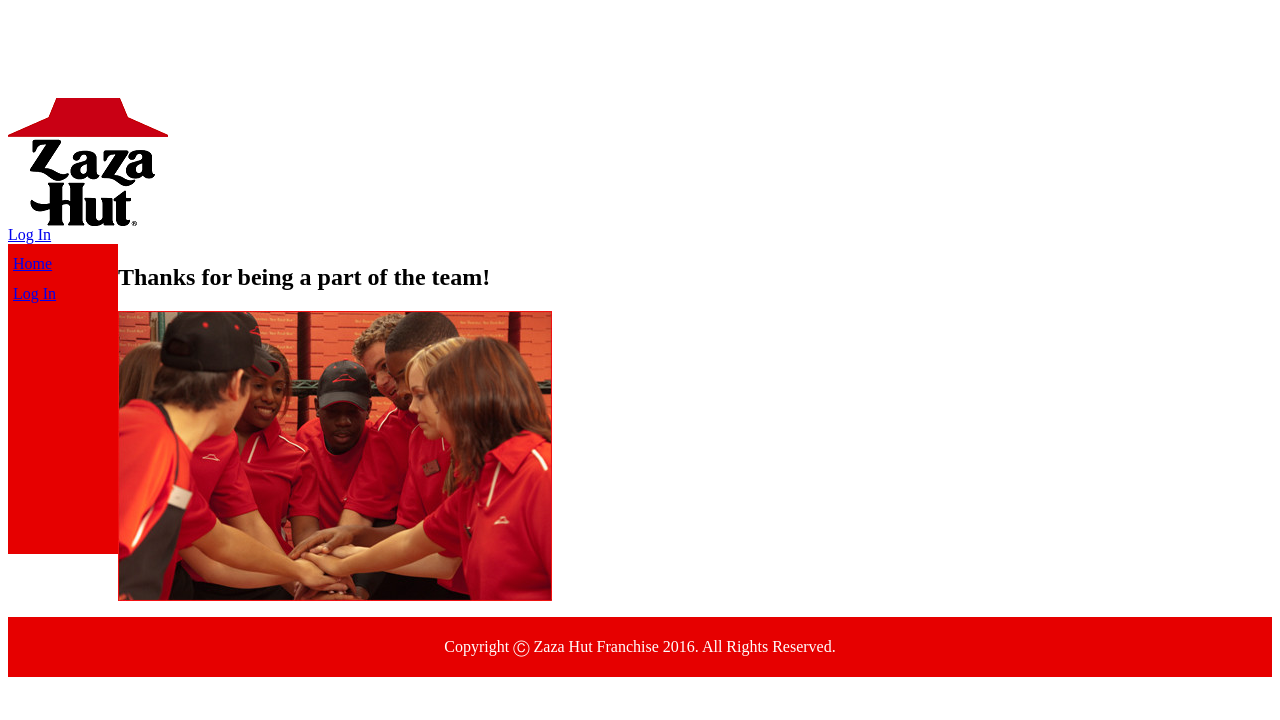
Repository: chelsea-g/PHP-MySQL
Page: http://localhost/demo/project04/scripts/index.php
The author's editor kept a record of every edit. The page is drawn from the files as they stood at one moment, then again after the next edit.
The browser window is 1280 px wide. The pictures show the whole page.
The page is run by PHP 8.4 with error messages shown; the project is at /var/www/html/.

Above is the page before.

### demo/project04/scripts/index.php
<?php
require_once('startsession.php');
$page_title = 'Home';
require_once('header.php');
require_once('appvars.php');
require_once('../classes/Database.php');

?>
<h2>Thanks for being a part of the team!</h2>
<p id="hut"><img src="../images/pizzahutemployees.jpg" /></p>

<?php

require_once('footer.php');

?>

### demo/project04/scripts/startsession.php
<?php

    //Start the session
    session_start();

    //If the session vars aren't yet set, try to set them with a cookie
    if (!isset($_SESSION['user_id'])) {

        if (isset($_COOKIE['user_id']) && isset($_COOKIE['username'])) {

            $_SESSION['user_id'] = $_COOKIE['user_id'];
            $_SESSION['username'] = $_COOKIE['username'];

        }

    }

?>

### demo/project04/scripts/header.php
<!DOCTYPE html PUBLIC "-//W3C//DTD XHTML 1.0 Transitional//EN"
"http://www.w3.org/TR/xhtml1/DTD/xhtml1-transitional.dtd">
<html xmlns="http://www.w3.org/1999/xhtml" xml:lang="en" lang="en">
    <head>

        <meta http-equiv="Content-Type" content="text/html; charset=utf-8" />

        <title>ZazaHut Employee Access - <?= $page_title ?></title>

        <link rel="stylesheet" type="text/css" href="../style.css" />


    </head>

        <div id="header">
        <h1>ZaZaHut Employee Access</h1>
        </div>

        <div class="banner">

            <div class="image">
                <a href="index.php"><img src="../images/logo.png" class="logo"/></a>
            </div>
            <div class="user">

                <?php require_once('userinfo.php'); ?>

            </div>

        </div>


            <div id="nav">

                <?php require_once('menu.php'); ?>

            </div>

            <div class="content">

### demo/project04/scripts/userinfo.php
<?php
    require_once('startsession.php');
    require_once('../classes/Login.php');

    //if user not logged in: show login link
    if (!Login::isLoggedIn()) {

        echo '<a href="login.php" class="info">Log In</a><br />';


    //if user is logged in: show Hello, Full Name, log out link
    } else if (Login::isLoggedIn()) {

        echo '<h3 class="info">Hello, ' . $_SESSION['first_name'] . ' ' . $_SESSION['last_name'] . '!</h3><br />';
        echo '<a href="logout.php" class="info">Log Out</a><br />';

    }


?>

### demo/project04/classes/Login.php
<?php

    require_once('startsession.php');
    require_once('Database.php');

    class Login {


        public static function logInNow($username, $password) {

             //User lookup query
            $query = "SELECT id, username, first_name, last_name, is_admin FROM employee WHERE username = '$username'"
                    . "AND password = SHA('$password')";

            //Run query
            $results = Database::runQuery($query);

            //Make sure query returns 1 record (the user's account)
            if (mysqli_num_rows($results) == 1) {

                //Set the current users vars
                $row = mysqli_fetch_array($results);

                $_SESSION['user_id'] = $row['id'];
                $_SESSION['username'] = $row['username'];
                $_SESSION['first_name'] = $row['first_name'];
                $_SESSION['last_name'] = $row['last_name'];
                $_SESSION['is_admin'] = $row['is_admin'];


                //Cookie expires after 30 days (automatically logging them out)
                setcookie('user_id', $row['user_id'], time + (60 * 60 * 24 * 30));
                setcookie('username', $row['username'], time + (60 * 60 * 24 * 30));

            }

            if(self::isLoggedIn()) {

                //Redirect user after login
                include('redirect.php');

            } else {

                echo '<p class="error">Unable to log in.</p>';

            }
        }

        public static function logOutNow() {

            //If the user is logged in, delete the session vars to log them out
            if (isset($_SESSION['user_id'])) {

                //Delete the session vars by clearing the 4_SESSION array
                $_SESSION = array();

                //Delete session cookie by setting its expiration to an hour prior (3600 seconds)
                if (isset($_COOKIE[session_name()])) {

                    setcookie(session_name(), '', time() - 3600);

                }

                //Destroy the session
                session_destroy();

            }

            //Delete the user ID and username cookies by setting their expirations to an hour prior (3600 seconds)
            setcookie('user_id', '', time() - 3600);
            setcookie('username', '', time() - 3600);

            if (self::isLoggedIn() == false) {

                //Redirect to the homepage
                include 'redirect.php';

            } else {

                echo '<p class="error">Error logging out.</p>';

            }


        }

        public static function isLoggedIn() {

            //A user is logged in
            if (isset($_SESSION['user_id']) && isset($_SESSION['username'])) {

                return true;

            //There is no user logged in at this moment
            } else {

                return false;

            }
        }

    }

?>

### demo/project04/classes/Database.php
<?php

    class Database {

        const HOST = 'localhost';
        const USER = 'root';
        const PASSWORD = '';
        const DB = 'zazahut';

        static private $dbc;


        //run a query and return it's results
        public static function runQuery($query) {

            //connect to the zazahut database
            self::connect();

            //run the given query
            $results = mysqli_query(self::$dbc, $query)
                    or die('<p class="error">Error running query: ' . $query . '</p>');

            //disconnect from the db
            self::disconnect();

            //return its result set
            return $results;

        }

        private static function connect() {

            //connect to the zazahut database
            self::$dbc = mysqli_connect(self::HOST, self::USER, self::PASSWORD, self::DB)
                or die('<p class="error">Error connecting to the database.</p>');

        }

        private static function disconnect() {

            //disconnect from the db
            mysqli_close(self::$dbc);

        }

        //sanitize form inputs
        public static function sanitizeInput($input) {

            self::connect();

            $clean_input = mysqli_real_escape_string(self::$dbc, trim($input));

            self::disconnect();

            return $clean_input;

        }

    }

?>

### demo/project04/scripts/menu.php
<?php
    require_once('startsession.php');
    require_once('../classes/Login.php');

    ?><a href="index.php">Home</a><br /><?php

    //if user is not logged in output links: home, login
    if (!Login::isLoggedIn()) {

        ?>
        <a href="login.php">Log In</a><br />
        <?php

    } else if (Login::isLoggedIn()) {

        //if user is logged in: output additional links: schedule, profile, logout
        ?>
        <a href="viewschedule.php">Schedule</a><br />
        <a href="viewprofile.php">Profile</a><br />
        <?php

        if ($_SESSION['is_admin'] == 1) {

            //if user is admin output additional links: upload schedule, view employees, add employee, delete employee.
            ?>
            <a href="uploadschedule.php">Upload Schedule</a><br />
            <a href="removeschedule.php">Remove Schedule</a><br />
            <a href="viewemployees.php">View Employees</a><br />
            <a href="addemployee.php">New Account</a><br />
            <a href="removeemployee.php">Remove Account</a><br />
            <?php

        }

        ?>
        <a href="logout.php">Log Out</a><br />
        <?php
    }







?>


<?php

?>

### demo/project04/scripts/appvars.php
<?php
  // Define application constants
  define('UPLOADPATH', '../schedules/');
  define('MAXFILESIZE', 200000);      // 200 KB
?>

### demo/project04/scripts/footer.php


            </div>

        </div>


        <div id="footer">

            <p>Copyright &#9400 Zaza Hut Franchise 2016. All Rights Reserved.</p>

        </div>

    </div>


</html>

### demo/project04/style.css
#header {
    background-color:white;
    color:white;
    text-align:center;
    padding:5px;
}

#nav {
    line-height:30px;
    background-color:#e60000;
    height:300px;
    width:100px;
    float:left;
    padding:5px;
}

#logo {
    display: inline-block;
    float: left;

}

#section {
    width:350px;
    float:left;
    padding:10px;
}

#footer {
    background-color: #e60000;
    color:white;
    clear:both;
    text-align:center;
   padding:5px;
}

After the next edit:
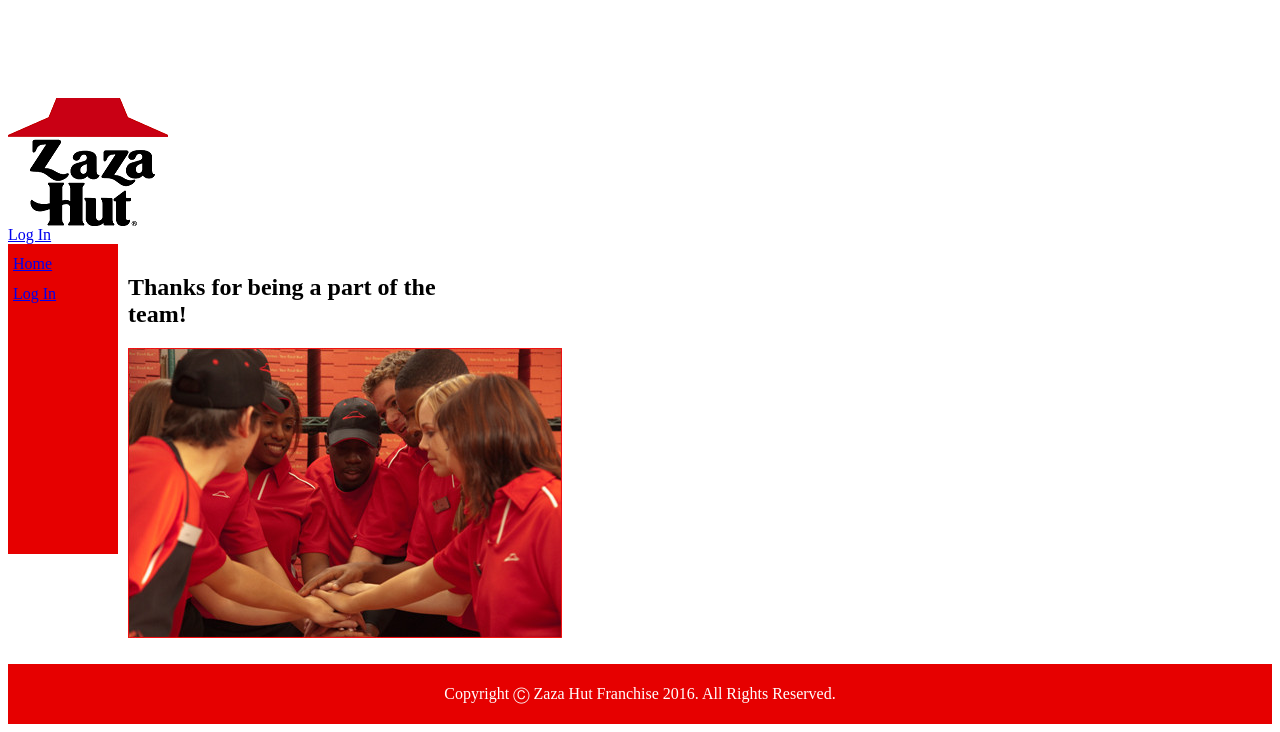
The edit:
--- a/demo/project04/scripts/header.php
+++ b/demo/project04/scripts/header.php
@@ -36,4 +36,4 @@
 
             </div>
 
-            <div class="content">
+        <div id="section">
